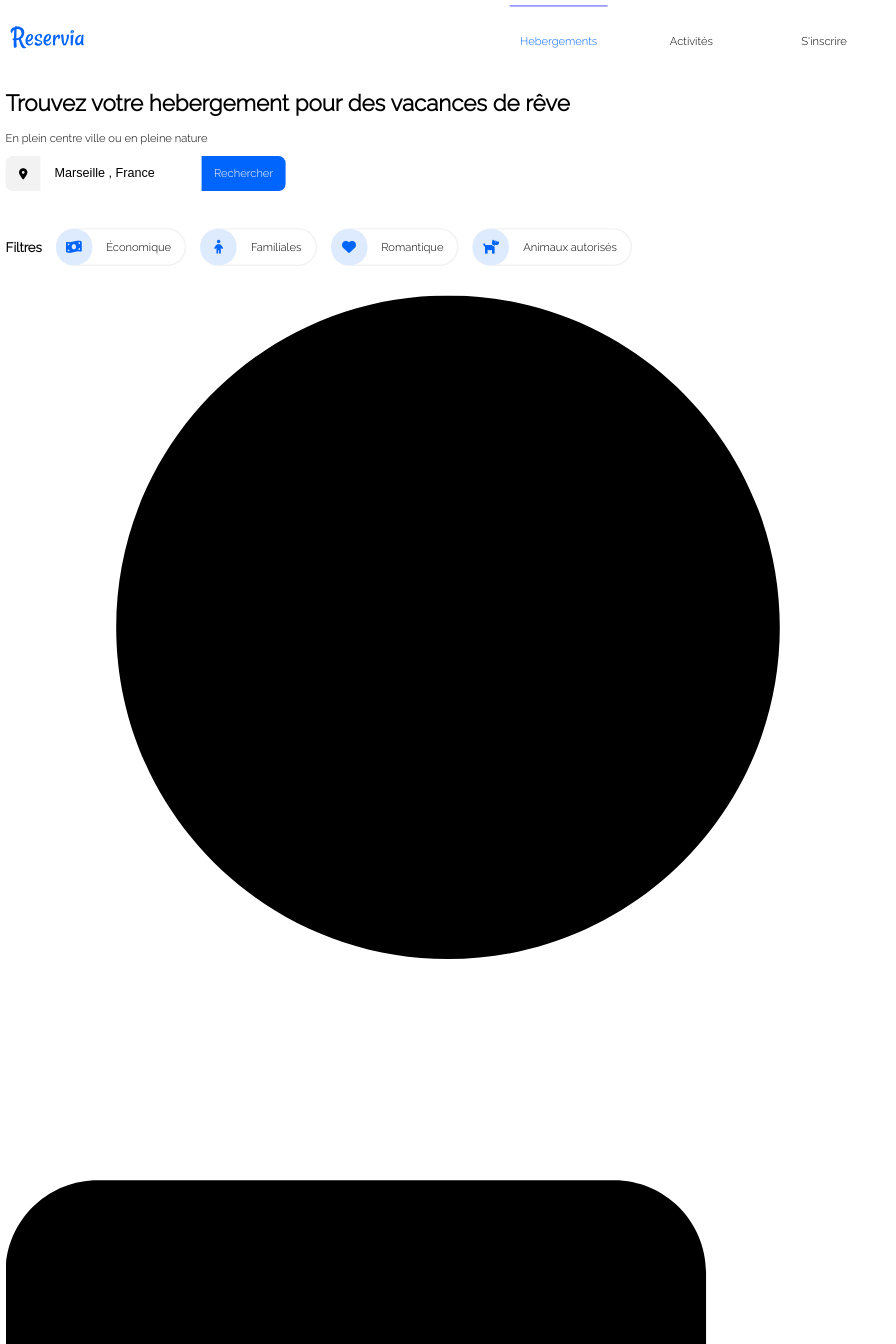
Repository: jaydeeonghub/DYLANBARBARISI_2_16062021
Page: index.html
These files come from the project's save history. The page is drawn as it stood at one moment and after the next save; the edit follows.
The browser window is 1280 px wide. The pictures show the part of the page from y = 0 to 1920 px (the page is 39821 px tall before and 36448 px after), at 70% of full size.
Some web libraries are served in a nearby version.

Above is the page before, as saved 2021-07-07 19:19:25.

After the next save:
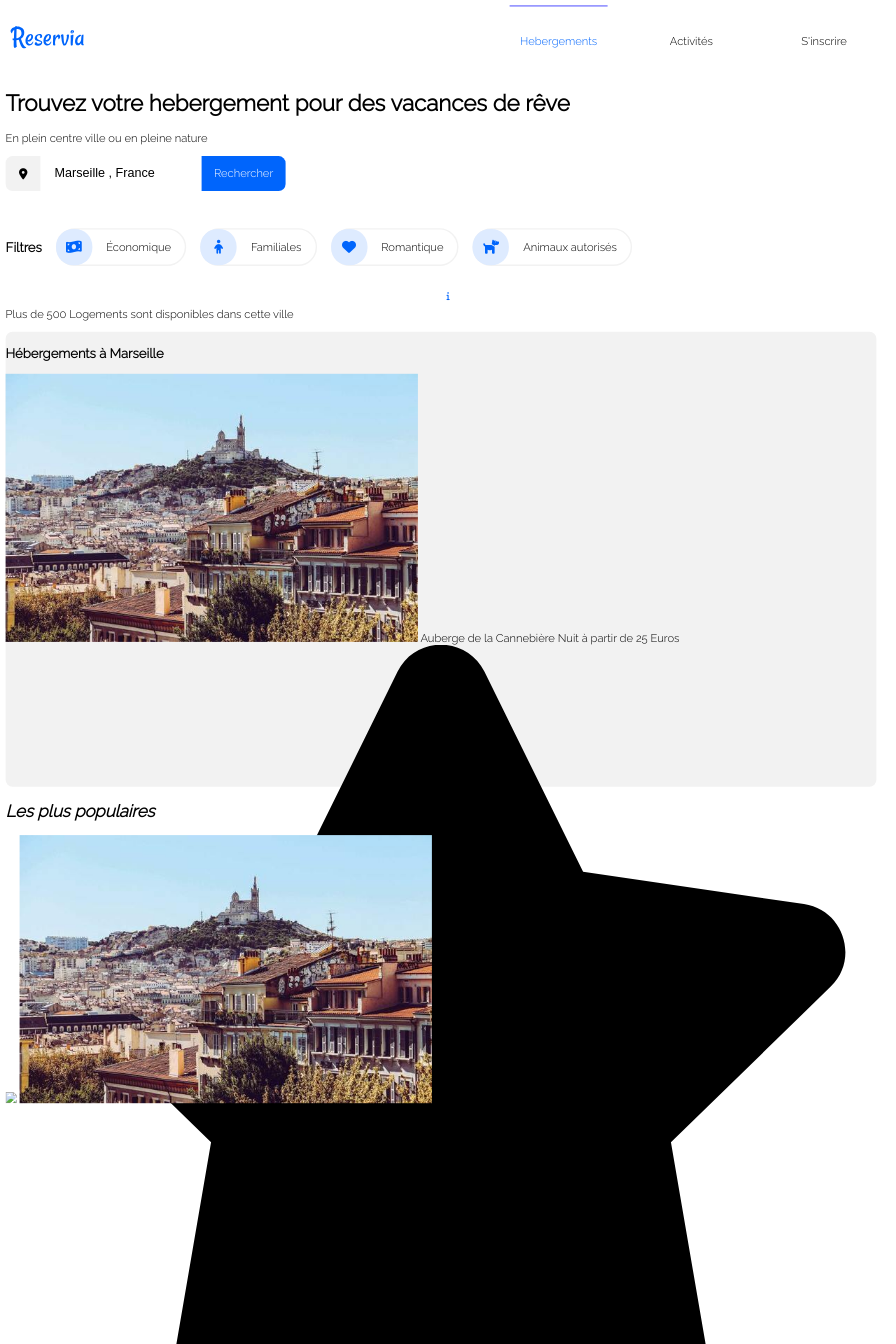
Saved 3 min 59 s later.
--- a/index.html
+++ b/index.html
@@ -71,8 +71,11 @@
               <div class="filtreTexte flexCentre">Animaux autorisés</div>
           </div>
         </div>
-
-    <img src="Assets/Icons/info-solid.svg"> <p>Plus de 500 Logements sont disponibles dans cette ville</p> <!--Nombre approximatif de logements disponibles aux alentours-->
+    <div class="info">
+        <div class="parentIcon flexCentre">
+        <i class="fas fa-info fa-xs colorBleu"></i>
+        </div>
+    <p>Plus de 500 Logements sont disponibles dans cette ville</p> <!--Nombre approximatif de logements disponibles aux alentours-->
         <section class="flexAround">
                 <div class="sizeHebergements backGris">
                 <h3>Hébergements à Marseille</h3>
